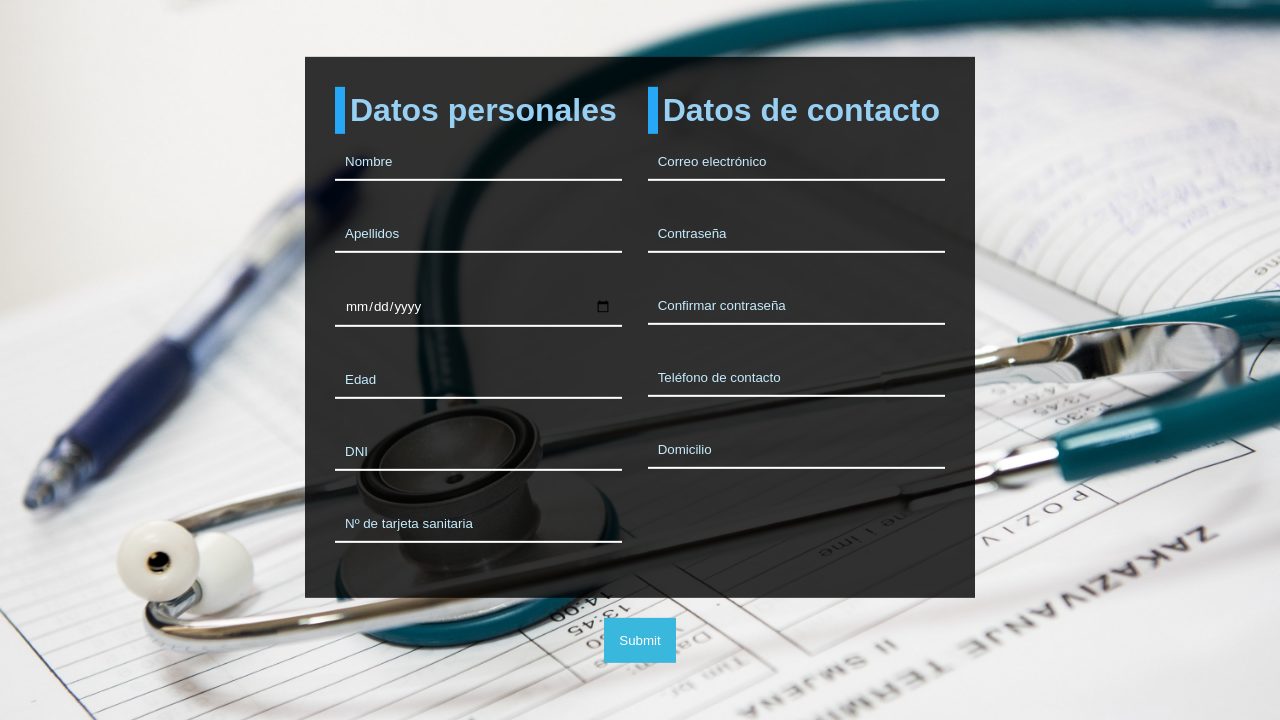
Repository: alejandropiuryp/clinica
Page: http://localhost/XE/registro_usuario.php
These files come from the project's save history. The page is drawn as it stood at one moment and after the next save; the edit follows.
The browser window is 1280 px wide. The pictures show the whole page.
Some web fonts or font styles are not loaded; a fallback is used. Some web libraries are served in a nearby version. The page is run by PHP 8.4 with error messages shown; the project is at /var/www/html/.

Above is the page before, as saved 2020-05-09 17:15:24.
Console error (its wording comes from the project's code and is left out).

### ClinicaReconocimiento/registro_usuario.php
<?php
	session_start();

	if(!isset($_SESSION["registro"])){
		$registro['nombre'] = "";
		$registro['apellidos'] = "";
		$registro['dni'] = "";
		$registro['edad'] = "";
		$registro['tarjeta_sanitaria'] = "";
		$registro['contrasena'] = "";
		$registro['fecha'] = "";
		$registro['email'] = "";
		$registro['telefono'] = "";
		$registro['domicilio'] = "";

		$_SESSION["registro"] = $registro;
	}else{
		$registro = $_SESSION["registro"];

		if(isset($_SESSION["errores"])){
			$errores = $_SESSION["errores"];
			unset($_SESSION["errores"]);
		}
	}
?>
<!DOCTYPE html>
<html lang="en">
	<head>
		<meta charset="utf-8">
		<title>Registrarse</title>
		<link href="css/registro_usuario.css" rel="stylesheet" type="text/css" media="all">
		<script src="js/registro_usuario.js" type="text/javascript"></script>
		<script src="https://code.jquery.com/jquery-3.1.1.min.js" type="text/javascript"></script>
	</head>

	<body>
		<script>
			$(document).ready(function(){
				$("#registroUsuario").on("submit",function(){
					return validateForm();
				});
			});
		</script>

		 	<?php
				if(isset($errores) && count($errores) > 0){
					echo "<div id=\"div_errores\" class=\"errorServer\">";
						 	echo "<h4> Errores en el registro: </h4>";
							foreach ($errores as $error) {
								echo $error;
							}
					echo "</div>";
				}

			?>


			<!--Formulario-->
			<div class="contenedor">

				<div class="form">
					<form id="registroUsuario"  method="get" action="validacion_registro.php" onsubmit="return validateForm();">
						<div class="columnas">
							<div class = "datos_personales">
								<h1>Datos personales</h1>
								<input type="text" id="nombre" name="nombre" class = "exito" value = "<?php echo $registro['nombre'];?>" placeholder = "Nombre"/>
								<small id="smallNombre">Error message</small>
								<input type="text" id="apellidos" name="apellidos"  value = "<?php echo $registro['apellidos'];?>" placeholder= "Apellidos" required />
								<small id="smallApellidos">Error message</small>
								<input type="date" id="fecha" name="fecha" value = "<?php echo $registro['fecha'];?>" placeholder= "Fecha de nacimiento" required />
								<small id="smallFecha">Error message</small>
								<input type="number" id="edad" name="edad" value = "<?php echo $registro['edad'];?>" max="150" placeholder="Edad" required />
								<small id="smallEdad">Error message</small>
								<input type="text" id="dni" name="dni"  value = "<?php echo $registro['dni'];?>" placeholder="DNI" required />
								<small id="smallDni">Error message</small>
								<input type="text" id="tarjeta_sanitaria" name="tarjeta_sanitaria" value = "<?php echo $registro['tarjeta_sanitaria'];?>" placeholder= "Nº de tarjeta sanitaria" required />
								<small id="smallTarjeta">Error message</small>
							</div>
							<div class = "datos_contacto">
								<h1>Datos de contacto</h1>
								<input type="text" id="email" name="email"  value = "<?php echo $registro['email'];?>" placeholder="Correo electrónico" required />
								<small id="smallEmail">Error message</small>
								<input type="text" id="contrasena" name="contrasena"  placeholder="Contraseña" />
								<small id="smallContrasena">Error message</small>
								<input type="text" id="contrasena2" name="contrasena2"  placeholder="Confirmar contraseña" />
								<small id="smallContrasena2">Error message</small>
								<input type="text" id="telefono" name="telefono"  value = "<?php echo $registro['telefono'];?>" placeholder="Teléfono de contacto" required />
								<small id="smallTelefono">Error message</small>
								<input type="text" id="domicilio" name="domicilio"  value = "<?php echo $registro['domicilio'];?>" placeholder="Domicilio" required />
								<small id="smallDomicilio">Error message</small>
							</div>
						</div>
						<input id="enviar" type="submit"  onclick= ="Finalizar registro">
					</form>

				</div>
			</div>

			<footer>
				<p>

				</p>
			</footer>
	</body>
</html>

### ClinicaReconocimiento/css/registro_usuario.css
@import url('https://fonts.googleapis.com/css2?family=Jost:wght@100&family=Raleway&display=swap');

*{
	margin: 0;
	padding: 0;
	box-sizing: border-box;
	outline: none;
	font-family: 'Raleway', sans-serif;
}

body{
	background: url("../img/fondo-registro.jpg") no-repeat top center;
	background-size: cover;
	height: 100%;
}

h1{
	color:#97D0F3;
	border-left: 10px solid #27A8F7;
	padding: 5px;
}
.contenedor{
	position:absolute;
	top:50%;
	transform: translateY(-50%);
	width: 100%;
	padding: 0 20px;
}

#enviar{
	display: block;
	margin: 20px auto auto auto;
	border-bottom: 0px;
	background: #39b7dd;
	padding: 15px;
	cursor: pointer;

}
.columnas{
	max-width: 670px;
	margin: 0 auto;
	padding: 30px;
	background: rgba(0,0,0,0.8);
	display: flex;
	flex-wrap: nowrap;
	justify-content: space-between;
}

.datos_personales{
	display: flex;
	flex-direction: column;
	margin-right: 4%;
}

.datos_contacto{
	display: flex;
	flex-direction: column;
}


input{
	margin: 10px 0;
	background: transparent;
	border: 0;
	border-bottom: 2px solid white;
	padding: 10px;
	color: white;

}

::-webkit-input-placeholder{
	color: #c5ecfd;
}

::-moz-input-placeholder{
	color: #c5ecfd;
}

::-ms-input-placeholder{
	color: #c5ecfd;
}

small{
	visibility: hidden;
}

.error {
	border-top: 2px solid;
	border-left: 2px solid;
	border-right: 2px solid;
	border-color: #e74c3c;
}

.errorSmall {
	color: #e74c3c;
	visibility: visible;
}

Loaded but not shown: ClinicaReconocimiento/js/registro_usuario.js (no copy from this time; the picture is the same without it)

After the next save:
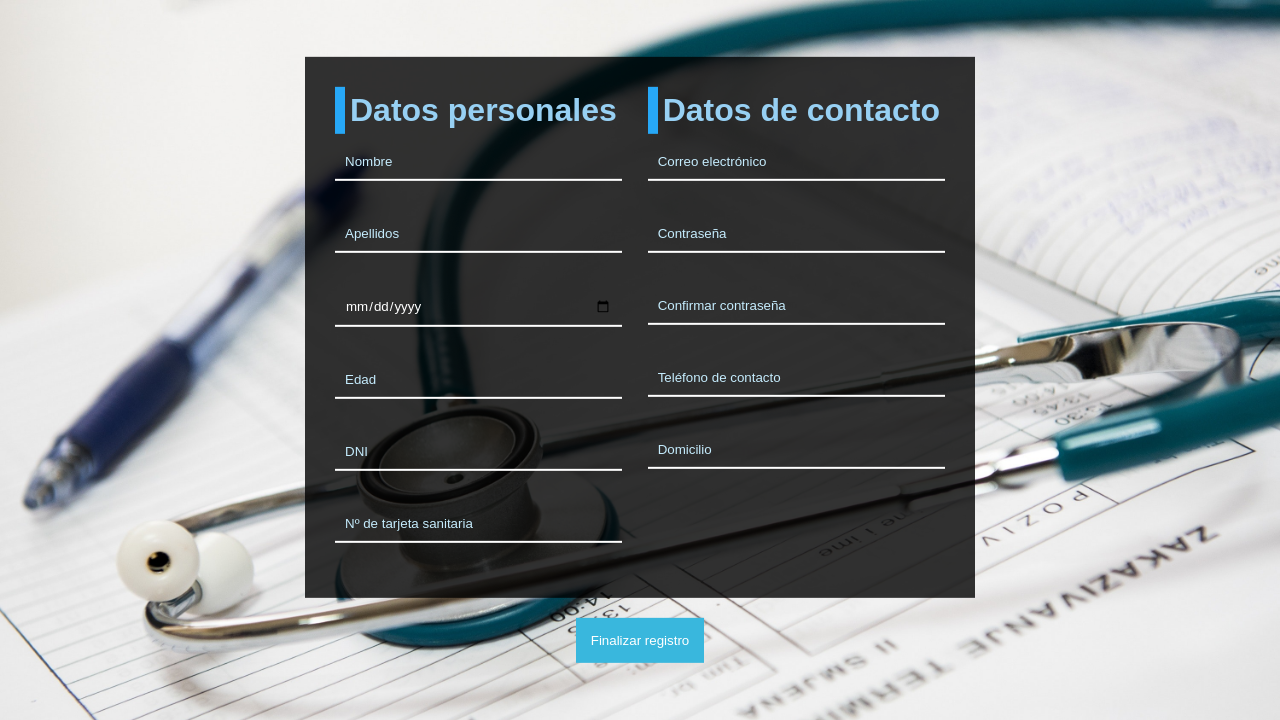
The error is gone.
Saved 30 s later.
--- a/ClinicaReconocimiento/registro_usuario.php
+++ b/ClinicaReconocimiento/registro_usuario.php
@@ -90,7 +90,7 @@
 								<small id="smallDomicilio">Error message</small>
 							</div>
 						</div>
-						<input id="enviar" type="submit"  onclick= ="Finalizar registro">
+						<input id="enviar" type="submit"  value="Finalizar registro">
 					</form>
 
 				</div>
